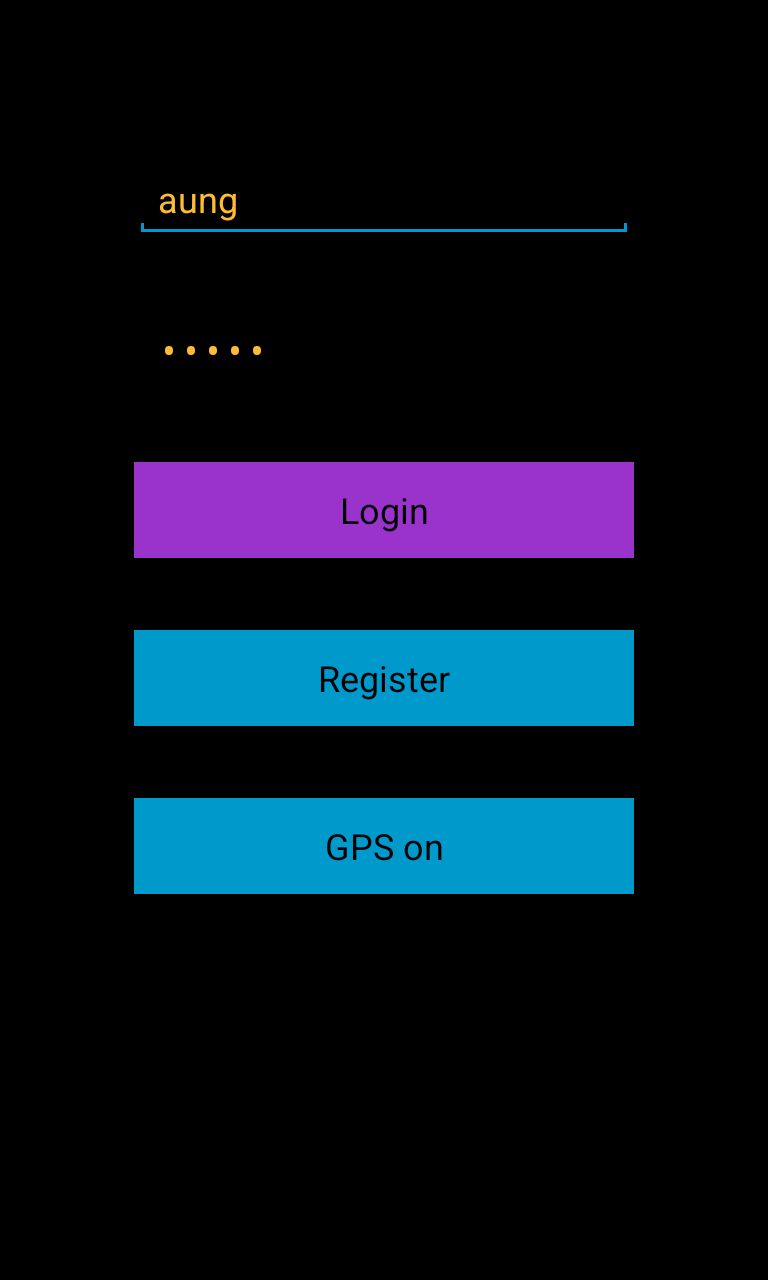
Repository: AungWinnHtut/projAndroid
Layout: com.engineer4myanmar.json.MainActivity/res/layout/activity_main.xml
These files come from the project's save history. The layout is drawn as it stood at one moment and after the next save; the edit follows.
It is drawn on a 768 x 1280 px phone screen (xhdpi) without system bars, with theme AppTheme; the app's code is not run.

Above is the layout before, as saved 2015-08-30 01:32:34.

After the next save:
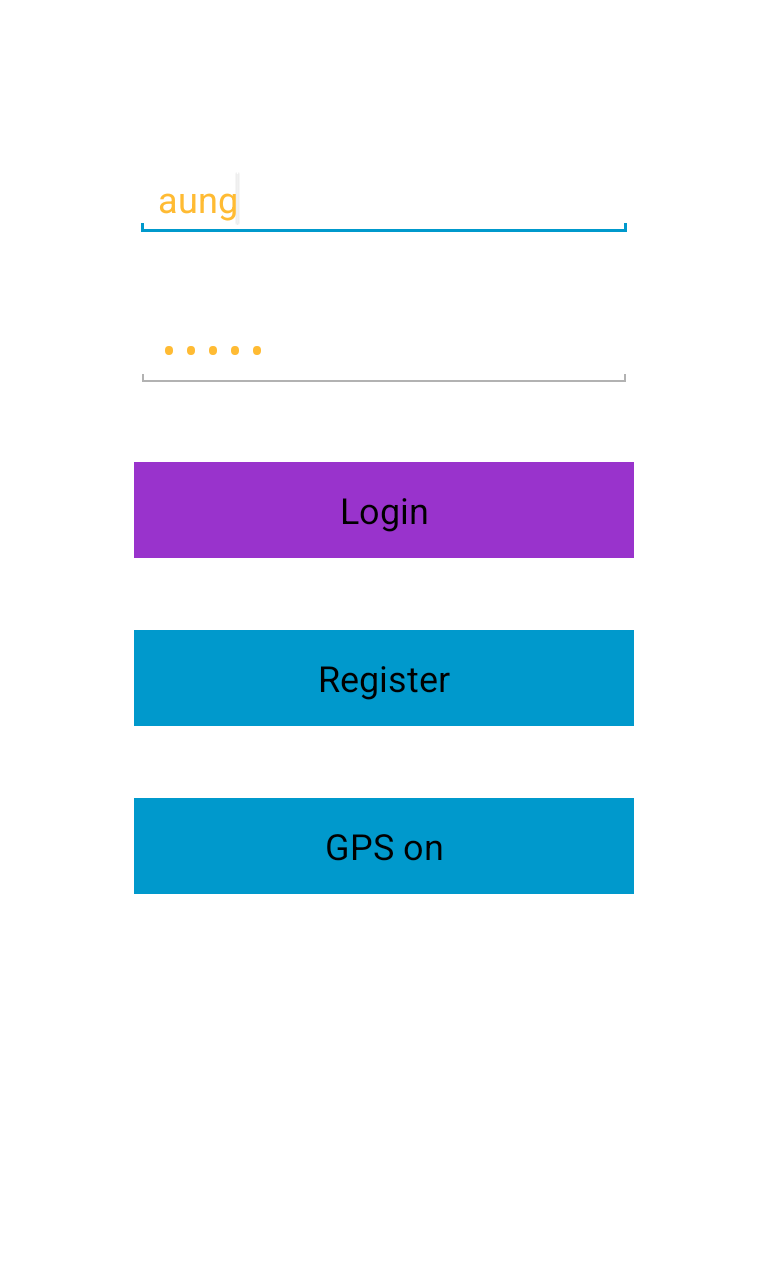
Saved 16 min 23 s later.
--- a/com.engineer4myanmar.json.MainActivity/res/layout/activity_main.xml
+++ b/com.engineer4myanmar.json.MainActivity/res/layout/activity_main.xml
@@ -3,7 +3,7 @@
     android:layout_width="match_parent"
     android:layout_height="match_parent"
     android:orientation="vertical"
-    android:background="#000">
+    android:background="#fff">
 
 
 
